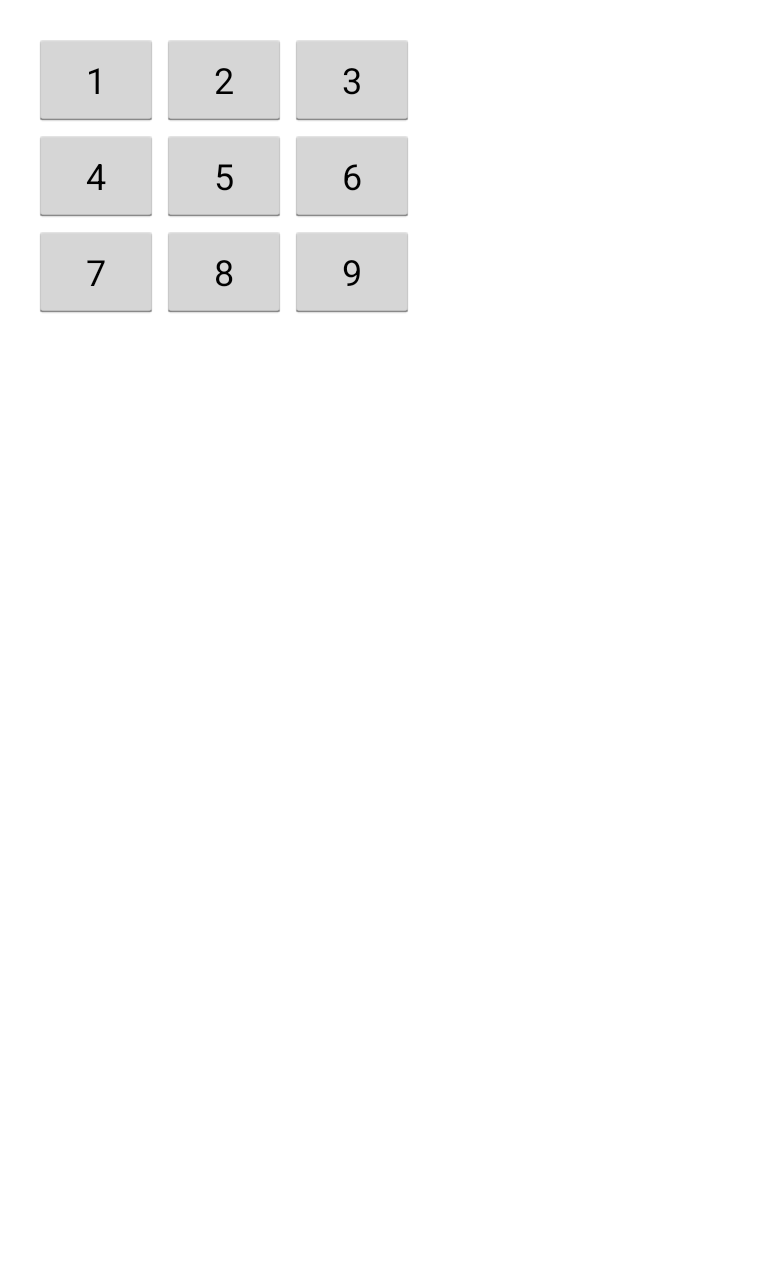
Repository: huynkprovn/monbat
Layout: android/workspace/ejemplo2/res/layout/activity_main2.xml
An editor plug-in stored every save of this project. The layout is shown before and after the next save, followed by the edit.
It is drawn on a 768 x 1280 px phone screen (xhdpi) without system bars, with theme AppTheme; the app's code is not run.

Above is the layout before, as saved 2013-08-03 13:41:26.

After the next save:
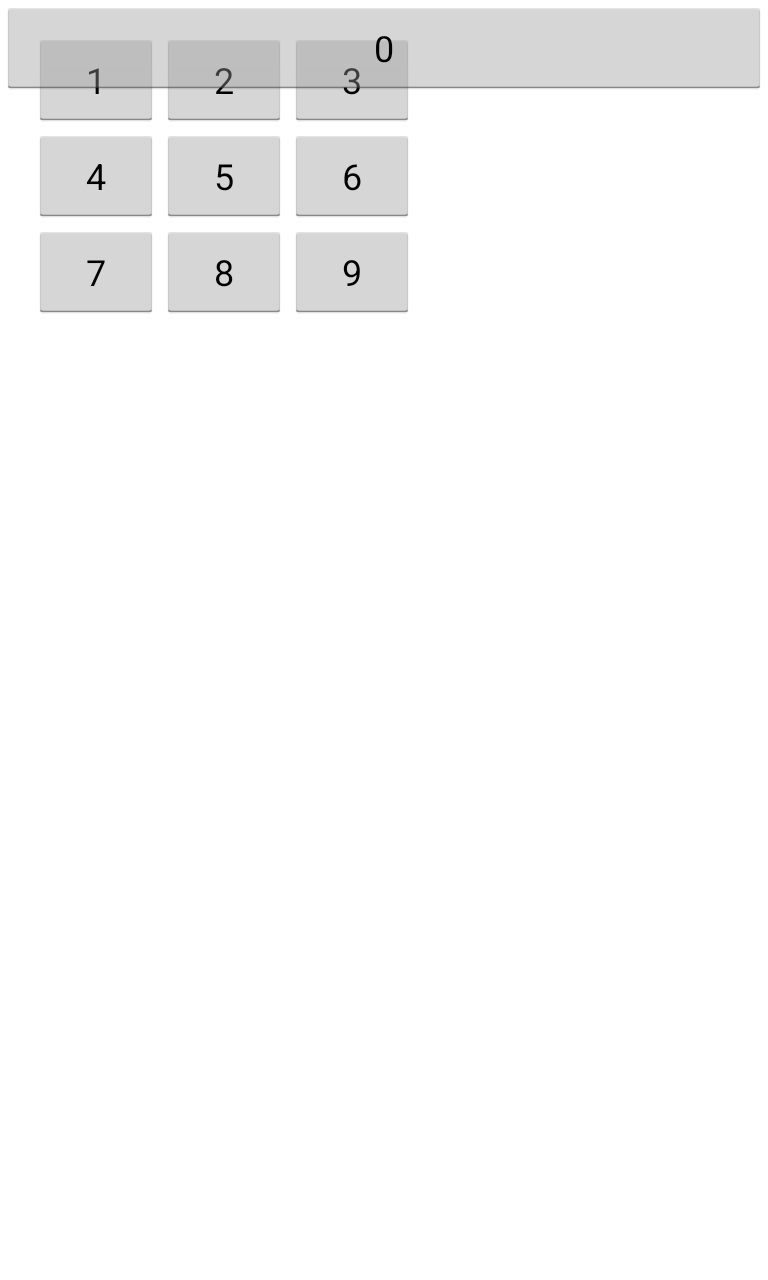
Saved 69 s later.
--- a/android/workspace/ejemplo2/res/layout/activity_main2.xml
+++ b/android/workspace/ejemplo2/res/layout/activity_main2.xml
@@ -10,8 +10,7 @@
     <Button
         android:layout_width="match_parent"
 	    android:layout_height="wrap_content"
-	    android:text="@string/boton0"
-	    android:layout_below="@+id/botones1"/>
+	    android:text="@string/boton0"/>
 
 
 </RelativeLayout>
